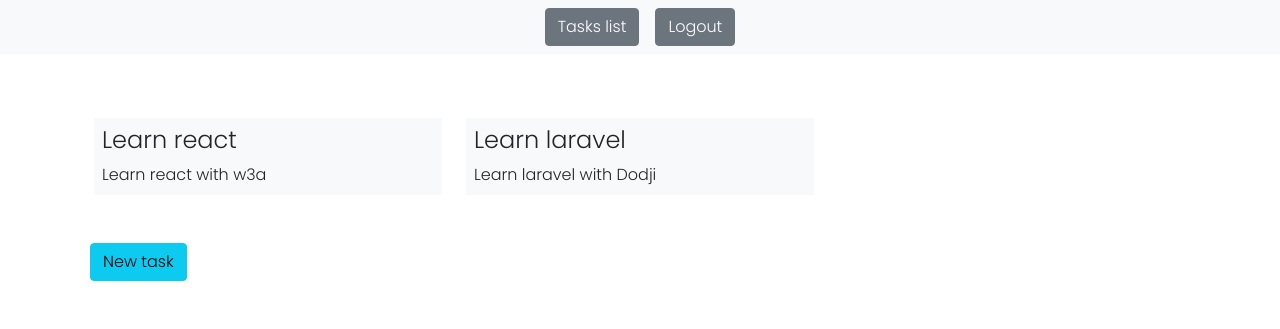
Repository: FS-23/react-task-manager
Page: /tasks/list
The author's editor kept a copy of each file at every save. The page is drawn from the files as they stood at one save, then again after the next save.
The browser window is 1280 px wide. The pictures show the whole page.
The page's requests for data from a server got no answer. The project was rebuilt for these pictures with package versions that can differ from the ones it lists, and the page was loaded fresh each time. No one was signed in, and anything a server would have sent is missing. Also part of the build but not shown: src/components/Login.js, src/components/AddTask.js, src/components/TaskDetail.js.

Above is the page before, as saved 2022-05-13 15:11:20.

### public/index.html
<!DOCTYPE html>
<html lang="en">
  <head>
    <meta charset="utf-8" />
    <link rel="icon" href="%PUBLIC_URL%/favicon.ico" />
    <meta name="viewport" content="width=device-width, initial-scale=1" />
    <meta name="theme-color" content="#000000" />
    <meta  name="description" content="Web site created using create-react-app"/>
    <link rel="apple-touch-icon" href="%PUBLIC_URL%/logo192.png" />

    <link rel="manifest" href="%PUBLIC_URL%/manifest.json" />

    <title>React App</title>

    <!-- CSS only -->
   <link href="https://cdn.jsdelivr.net/npm/bootstrap@5.1.3/dist/css/bootstrap.min.css" rel="stylesheet" >
  </head>
  <body>
    <noscript>You need to enable JavaScript to run this app.</noscript>
    <div id="root"></div>


    <!-- JavaScript Bundle with Popper -->
    <script src="https://cdn.jsdelivr.net/npm/bootstrap@5.1.3/dist/js/bootstrap.bundle.min.js"></script>
  </body>
</html>

### src/index.js
import React from 'react';
import ReactDOM from 'react-dom/client';
import './index.css';
import App from './App';
//import 'https://cdn.jsdelivr.net/npm/bootstrap@5.1.3/dist/css/bootstrap.min.css'

const root = ReactDOM.createRoot(document.getElementById('root'));
root.render(
  <React.StrictMode>
    <App />
  </React.StrictMode>
);

// If you want to start measuring performance in your app, pass a function
// to log results (for example: reportWebVitals(console.log))
// or send to an analytics endpoint. Learn more: https://bit.ly/CRA-vitals

### src/index.css

.login-bg {
     background-image: linear-gradient(160deg , red , blue);
}

@font-face {
  font-family: "Poppins";
  src: url(./font/Poppins-Light.ttf);
}

*{
   font-family:  "Poppins" , sans-serif;
}

### src/App.js

import Login from "./components/Login";
import TaskList from "./components/TaskList";
import AddTask from './components/AddTask'
import TaskDetail from "./components/TaskDetail";
import Layout from "./components/Layout";
import TaskLayout from "./components/TaskLayout";

import { BrowserRouter , Routes , Route, Link } from 'react-router-dom'


function App() {
  return (

    <BrowserRouter>
         <Routes>
              <Route path="/login" element={<Login />}></Route>
              <Route path="/" element={<Layout />}>
                  <Route  index element={<TaskLayout/>}></Route>
                   <Route  path="tasks" element={<TaskLayout/>}>
                      <Route index element = {<TaskList/>}></Route>
                      <Route path="list" element = {<TaskList/>}></Route>
                      <Route path=":id" element = {<TaskDetail/>}></Route>
                      <Route path="edit/:id" element = {<AddTask/>}></Route>
                   </Route>
              </Route>
              <Route path="*" element={
                (<div className="text-secondary text-center display-6 mt-3">
                  Ouuups ressource not found !!!!

                  <Link to="/" className="btn btn-primary ms-2"> Home </Link>
                </div>)
              }></Route>
         </Routes>

    </BrowserRouter>

  );
}




export default App;

### src/components/TaskList.js
import { db } from '../firebase-config'
import { collection , getDocs } from 'firebase/firestore'
import { useState , useEffect} from 'react'
import { Link } from 'react-router-dom'
function TaskList(){

    let tasksRef = collection(db , 'tasks')
    let [inputs , setInputs] = useState({})
    let tasks = [
         {id: 1 , title: "Learn react" , description: "Learn react with w3a"} ,
         {id: 2 , title: 'Learn laravel' , description: "Learn laravel with Dodji" }
    ]

    function handleOnChange(event){
        let name = event.target.name
        let value = event.target.value

        setInputs(inputs => ({...inputs , [name]: value}))
    }

    function handleOnSubmit(event){
        event.preventDefault();
        console.log('inputs:', inputs)
    }

    function getTasks(){
        getDocs(tasksRef)
         .then(res => {
             let list = res.docs.map( item => ({...item.data() , id: item.id}))
             console.log('list:', list)
         })
         .catch(err => console.log('error:', err))
    }

    useEffect(()=>{
        getTasks()
    })
    return (
        <div>
            <div className='row m-0'>
                    {
                        tasks.map( (task , index) => (
                            <div key={index} className="mt-3 col-12 col-sm-6 col-lg-3 col-xl-4">
                                <div className='bg-light p-2'>
                                    <h4>{task.title}</h4>
                                    <div>{task.description}</div>
                                </div>
                            </div>
                        ))
                    }
            </div>



            <div className='mt-5 ps-2'>
               <Link to="/tasks/edit/0"  className='btn btn-info'>New task</Link>
            </div>


        </div>
    )
}

export default TaskList

### src/components/Layout.js
import { Link, Outlet } from "react-router-dom";

function Layout(){
    return (
        <div>
            <div className="text-center bg-light p-2">
                <Link className="btn btn-secondary" to="/tasks/list">Tasks list</Link>
                <Link className="btn btn-secondary ms-3" to="/login">Logout</Link>
            </div>
            <div className="container mt-5">
               <Outlet />
            </div>
        </div>

    )
}

export default Layout

### src/components/TaskLayout.js
import { Outlet } from "react-router-dom";

function TaskLayout(){
    return (
        <div>
            <Outlet />
        </div>
    )
}

export default TaskLayout

### src/firebase-config.js
import { initializeApp } from "firebase/app";
import { getFirestore } from '@firebase/firestore'

const firebaseConfig = {
  apiKey: "AIzaSyD5rTrE9gHlZjhMAg4WTwj3vbyKvT4yrpo",
  authDomain: "fs-23-taskmanager.firebaseapp.com",
  projectId: "fs-23-taskmanager",
  storageBucket: "fs-23-taskmanager.appspot.com",
  messagingSenderId: "409848607226",
  appId: "1:409848607226:web:1000e7ce8565398a1c7443",
  measurementId: "G-2303C3SQ8G"
};

// Initialize Firebase
const app = initializeApp(firebaseConfig);

export const db = getFirestore(app)

After the next save:
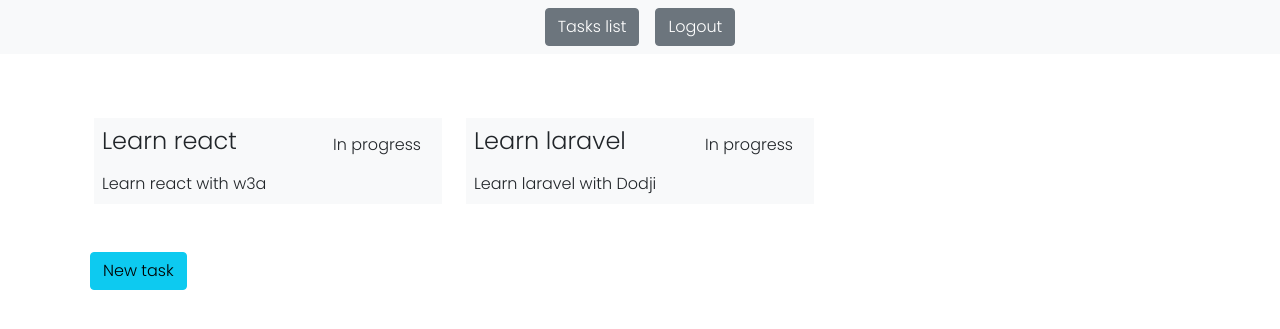
Saved 2 min 37 s later.
--- a/src/components/TaskList.js
+++ b/src/components/TaskList.js
@@ -42,7 +42,10 @@ function TaskList(){
                         tasks.map( (task , index) => (
                             <div key={index} className="mt-3 col-12 col-sm-6 col-lg-3 col-xl-4">
                                 <div className='bg-light p-2'>
-                                    <h4>{task.title}</h4>
+                                    <div className='d-flex mb-2 justify-content-between align-items-center'>
+                                       <h4>{task.title} </h4>
+                                       <button className='btn'>{task.completed ? "Completed" : "In progress"}</button>
+                                    </div>
                                     <div>{task.description}</div>
                                 </div>
                             </div>
